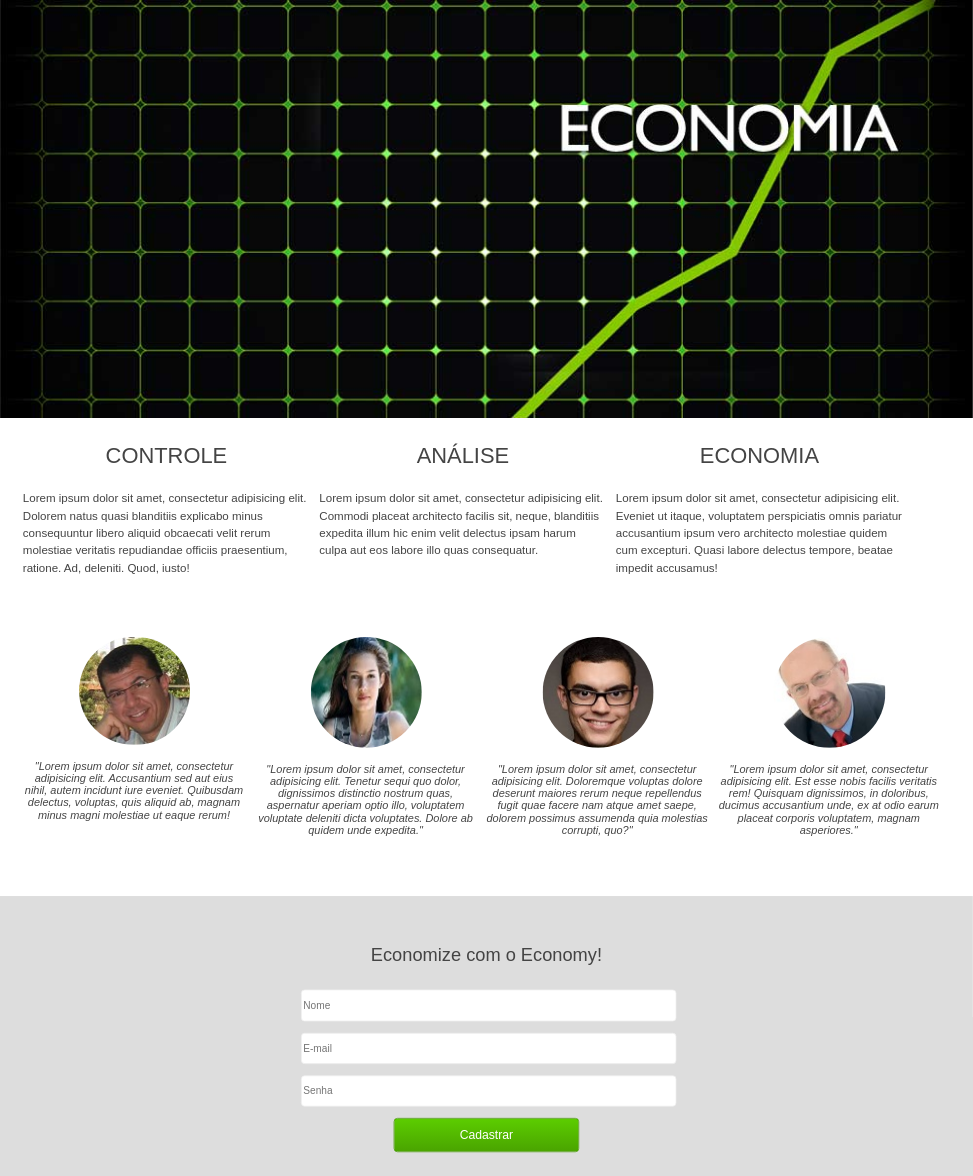
Repository: EconoMyRD/final-homework
Page: Economy/WebContent/index.html
The author's editor kept a copy of each file at every save. The page is drawn from the files as they stood at one save, then again after the next save.
The browser window is 1280 px wide. The pictures show the whole page, at 76% of full size.
Some web libraries are served in a nearby version.

Above is the page before, as saved 2015-06-23 04:13:46.
Console error: TypeError: $(...).live is not a function

### Economy/WebContent/index.html
<!DOCTYPE html>
<html lang="pt">
    <head>
        <meta charset="utf-8">
        <title>EconoMy | Controle Financeiro Pessoal</title>
        <link rel="stylesheet" type="text/css" href="css/Estilos.css">
        <link rel='shortcut icon' href='favicon.ico'>
    </head>
    <body onLoad="slider.slide1()">
       <div id="header"></div>
        <section>
             <div id="slider">
                <a id="aId"><img id="id"></a>
             </div>
        </section>
        <section class="content clear">
            <div id="descricao">
                <div class="coluna_terco">
                    <div class="center_div">
                        <h1>CONTROLE</h1>
                    </div>
                    <div>
                        <h2>
                           Lorem ipsum dolor sit amet, consectetur adipisicing elit. Dolorem natus quasi blanditiis explicabo minus consequuntur libero aliquid obcaecati velit rerum molestiae veritatis repudiandae officiis praesentium, ratione. Ad, deleniti. Quod, iusto!
                        </h2>
                    </div>
                </div>
                <div class="coluna_terco">
                    <div class="center_div">
                        <h1>ANÁLISE</h1>
                    </div>
                    <div>
                        <h2>
                           Lorem ipsum dolor sit amet, consectetur adipisicing elit. Commodi placeat architecto facilis sit, neque, blanditiis expedita illum hic enim velit delectus ipsam harum culpa aut eos labore illo quas consequatur.
                        </h2>
                    </div>
                </div>
                <div class="coluna_terco">
                   <div class="center_div">
                        <h1>ECONOMIA</h1>
                    </div>
                    <div>
                        <h2>
                            Lorem ipsum dolor sit amet, consectetur adipisicing elit. Eveniet ut itaque, voluptatem perspiciatis omnis pariatur accusantium ipsum vero architecto molestiae quidem cum excepturi. Quasi labore delectus tempore, beatae impedit accusamus!
                        </h2>
                    </div>
                </div>
                <div class="clear"></div>
            </div>
            <div id="depoimento" class="clear">
                <div class="coluna_quarto">
                   <div class="depoimento_image">
                      <img src="imagens/7.jpeg" alt="Depoimentos" class="image">
                   </div>
                   <div class="center">
                       <h3>"Lorem ipsum dolor sit amet, consectetur adipisicing elit. Accusantium sed aut eius nihil, autem incidunt iure eveniet. Quibusdam delectus, voluptas, quis aliquid ab, magnam minus magni molestiae ut eaque rerum!</h3>
                   </div>
                </div>
                <div class="coluna_quarto">
                    <div class="depoimento_image">
                      <img src="imagens/6.jpeg" alt="Depoimentos" class="image">
                   </div>
                    <div class="center">
                       <h3>"Lorem ipsum dolor sit amet, consectetur adipisicing elit. Tenetur sequi quo dolor, dignissimos distinctio nostrum quas, aspernatur aperiam optio illo, voluptatem voluptate deleniti dicta voluptates. Dolore ab quidem unde expedita."</h3>
                   </div>
                </div>
                <div class="coluna_quarto">
                    <div class="depoimento_image">
                      <img src="imagens/5.jpeg" alt="Depoimentos" class="image">
                   </div>
                    <div class="center">
                       <h3>"Lorem ipsum dolor sit amet, consectetur adipisicing elit. Doloremque voluptas dolore deserunt maiores rerum neque repellendus fugit quae facere nam atque amet saepe, dolorem possimus assumenda quia molestias corrupti, quo?"</h3>
                   </div>
                </div>
                <div class="coluna_quarto">
                    <div class="depoimento_image">
                      <img src="imagens/3.jpeg" alt="Depoimentos" class="image">
                   </div>
                    <div class="center">
                       <h3>"Lorem ipsum dolor sit amet, consectetur adipisicing elit. Est esse nobis facilis veritatis rem! Quisquam dignissimos, in doloribus, ducimus accusantium unde, ex at odio earum placeat corporis voluptatem, magnam asperiores."</h3>
                   </div>
                </div>
                <div class="clear"></div>
            </div>
        </section>
        <section id="contato" class="clear">
            <div class="content">
               <div class="form-contato">
                    <form>
                        <h4>Economize com o Economy!</h4>
                        <p id="message"> </p>
                        <input type="text" required name="nome" class="inputText" placeholder="Nome" />
                        <input type="email" required class="inputText" name="email" placeholder="E-mail" />
                        <input type="password" required name="senha" class="inputText" placeholder="Senha" />
                        <input type="submit" id="BtnEnviar" class="botao width-50" value="Cadastrar"/>
                    </form>
                </div>
            </div>
        </section>
       <div id="footer"></div>


       <!-- SCRIPTS -->
       <script type="text/javascript" src="javascript/ajaxInit.js"></script>
       <script type="text/javascript" src="javascript/slider.js"></script>
        <script src="http://code.jquery.com/jquery-1.9.0.js"></script>
     	 <script src="https://ajax.googleapis.com/ajax/libs/jquery/1.8.1/jquery.min.js"></script>
       <script type="text/javascript" src="javascript/login.js"></script>
       <script type="text/javascript" src="javascript/getDadosFormulario.js"></script>

    </body>
</html>

### Economy/WebContent/css/Estilos.css
body
{
  font-family:Arial;
  color:#444444;
  font-size:1em;
  margin:0;
}
/************AUXILIARES********************/
a
{
  text-decoration:none;
  /*color:#242c5e;*/
 color: #F2FAF8;
}
img
{
    width: 100%;
}
.center
{
    text-align: center;
}
.center_div
{
    width: 90%;
    margin: 0 auto;
}
.clear
{
    clear: both;
}
.left
{
    float: left;
}
.right
{
    float: right;
}
.width-50
{
    max-width: 50%;
    margin: 0 25%;
}
/*************PRINCIPAIS**********************/
header
{
  float:left;
  background-color:#9AD6C8;
  width:100%;
  height:auto;
  box-shadow: inset 0 0 40px #56B39D;
}
header img
{
  float:left;
  width:70px;
  margin:0.5em;
}
nav
{
  float:left;
}
nav ul li
{
  display:inline;
  padding:1em;
  color: #fff;
  line-height:3.5em;
}
nav ul li:hover
{
    background: #6AC4AF;
    border-radius: 8px 8px;
}
.content
{
    width: 1220px;
    height: auto;
    margin-left: auto;
    margin-right: auto;
}
#slider
{

}
#descricao
{

}
#depoimento
{
    border-style: none;
    margin-top: 4em;
    margin-bottom: 4em;
}
.depoimento_image
{
    width: 50%;
    border: 1px solid #fff;
    border-radius: 200px;
    margin: 0 auto;
    /*background-image: url(imagens/1.jpg);
    background-size: 120%;*/
}
.image
{
    max-width: 100%;
    margin: 0 auto;
    border: 1px solid #fff;
    border-radius: 400px;
}
.coluna_terco
{
    float: left;
    width: 30.97959183673469%;
    margin-right: 1%;
}
.coluna_terco:last-child
{
    margin-right: 0% !importante;
}
.two-columns
{

}
.coluna_quarto
{
    float: left;
    width: 23.97959183673469%;
    margin-right: 1%;
}
.coluna_quarto:last-child
{
    margin-right: 0% !importante;
}
#contato
{
    background-color: #ddd;
    padding: 1em 0;
}
.form-contato
{
    width: 40%;
    border-radius: 5px;
    margin: auto;
    padding: 1em;
}
footer
{
  float:left;
  background-color:#9AD6C8;
  width:100%;
  height:auto;
  box-shadow: inset 0 0 40px #56B39D;
}
.footer_interno
{
    background-color: #6AC4AF;
}

/************************************************HEADINS********************************************/
h1
{
    text-align: center;
    margin: 1em 0;
    font-weight: normal;
    font-size: 1.8em;
}
h2
{
    font-weight: normal;
    font-size: 0.95em;
    line-height: 1.5em;
}
h3
{
    font-weight: normal;
    font-size: 0.9em;
    font-style: italic;
}
h4
{
    text-align: center;
    font-weight: normal;
    font-size: 1.5em;
}
h5
{
    font-size: 0.7em;
    margin: 0;
    font-weight: normal;
    padding: 1em 0;
}


/*************************************************LOGIN******************************************************/
.menu-secundario
{
    margin-left: 880px;
    margin-top: -65px;
    width: 300px;
    line-height: 3em;
}
.menu-secundario div
{
    display: block;
    color: white;
}
.menu-secundario p
{
    font-size: 0.9em;
}
#logar, #cadastrar, #exit
{
    float: right;
    background: #fff;
    border-radius: 8px 8px;
    color: #6AC4AF;
    -moz-transition: all .615s ease-in-out;
    -webkit-transition: all .615s ease-in-out;
    -o-transition: all .615s ease-in-out;
    -ms-transition: all .615s ease-in-out;
    transition: all .615s ease-in-out;
    margin: 2em;
    padding: 0.5em;
    cursor: pointer;
}
#cadastrar a
{
   color: #6AC4AF;
}
#div-logar
{
    width: 290px;
    display: none;
    position: absolute;
    margin-top: 40px;
    z-index: 1000;
    background-color: #fff;
    padding: 0 1em;
    color: #333;
    border: none;
    border-radius: 5px;
}
input,  select
{
    width: 100%;
    height: 2.8em;
    border: 1px solid #eee;
    margin-top: 0px;
    padding: auto 5px;
    margin-right:5px;
    border-radius:5px;
	-moz-border-radius:5px;
	-webkit-border-radius:5px;
	margin-bottom:15px;
}
input:first-child
{
   /*margin-top: 2em;*/
}
.inputComentario
{
    height: 70px;
}
input[type=date], select
{
    width: 25%;
}
 .field
{
    width: 100%;
}
/* #formRelatorio
{
    width: 50%;
} */
.botao
{
	background:#5CCD00;
	background:-moz-linear-gradient(top,#5CCD00 0%,#4AA400 100%);
	background:-webkit-gradient(linear,left top,left bottom,color-stop(0%,#5CCD00),color-stop(100%,#4AA400));
	background:-webkit-linear-gradient(top,#5CCD00 0%,#4AA400 100%);
	background:-o-linear-gradient(top,#5CCD00 0%,#4AA400 100%);
	background:-ms-linear-gradient(top,#5CCD00 0%,#4AA400 100%);
	background:linear-gradient(top,#5CCD00 0%,#4AA400 100%);
	filter: progid: DXImageTransform.Microsoft.gradient( startColorstr='#5CCD00', endColorstr='#4AA400',GradientType=0);
	padding:10px 15px;
	width:100%;
	color:#fff;
	font-size:16px;
	border-radius:5px;
	-moz-border-radius:5px;
	-webkit-border-radius:5px;
	border:1px solid #459A00;
	cursor:pointer;
}
.botaoRelatorio
{
	background:#5CCD00;
	background:-moz-linear-gradient(top,#5CCD00 0%,#4AA400 100%);
	background:-webkit-gradient(linear,left top,left bottom,color-stop(0%,#5CCD00),color-stop(100%,#4AA400));
	background:-webkit-linear-gradient(top,#5CCD00 0%,#4AA400 100%);
	background:-o-linear-gradient(top,#5CCD00 0%,#4AA400 100%);
	background:-ms-linear-gradient(top,#5CCD00 0%,#4AA400 100%);
	background:linear-gradient(top,#5CCD00 0%,#4AA400 100%);
	filter: progid: DXImageTransform.Microsoft.gradient( startColorstr='#5CCD00', endColorstr='#4AA400',GradientType=0);
	padding:10px 15px;
	width:20%;
	color:#fff;
	font-size:16px;
	border-radius:5px;
	-moz-border-radius:5px;
	-webkit-border-radius:5px;
	border:1px solid #459A00;
	cursor:pointer;
    margin: 0 auto;
}
/*********************************************INTERNAS****************************************************/
#chart_div
{
    display: inline-block;
    width: 600px;
    margin-left: 250px;
}
#total
{

	font-size: 25px;
	display: inline-block;
}
.coluna-meio
{
    float: left;
    width: 48%;
    margin-right: 2%;
    margin-top: 1em;
    margin-bottom: 1em;
}
.coluna-meio:last-child
{
    margin-right: 0;
}
fieldset
{
    border: 1px solid #eee;
    -moz-border-radius:5px;
	-webkit-border-radius:5px;
    border-radius:5px;
    padding: 1em;
}
.radioBtn
{
    margin: 0;
    width: 100%;
    float: left;
}


/************************************************************RESPONSIVE*****************************************************************/
@media screen and (max-width: 980px)
{
    /*header img
    {
      display: none;
      margin:0;
      width: 0;
    }
	nav ul li
    {
      padding:0 0.3em;
    }
    nav ul li:first-child
    {
      padding: 0;
    }*/
    .content
    {
        width: 100%;
    }
    .coluna_terco, .coluna_quarto
    {
        width: 100%;
        margin-right: 0;
        clear: both;
        display: block;
    }
/*     .depoimento_image
    {
        width: 30%;
    } */
    .form-contato
    {
        width: 90%;
    }
    .menu-secundario
    {
        margin-left: 0;
        width: 50%;
    }
    .coluna-meio
    {
        clear: both;
        width: 100%;
        margin-right: 0;
    }
    p, h2, h3
    {
        padding: 0 0.5em;
    }
}
@media screen and (min-width: 768px) and (max-width: 980px)
{
   .depoimento_image
    {
        width: 20%;
    }
}

### Economy/WebContent/javascript/ajaxInit.js
var xmlhttp;

 function ajaxInit(){
    try {
        xmlhttp = new XMLHttpRequest();
    } catch (ee) {
        try {
           AjaxInit.xmlhttp = new ActiveXObject("Msxml2.XMLHTTP");
        } catch (e) {
            try {
                xmlhttp = new ActiveXObject("Microsoft.XMLHTTP");
                } catch (E) {
                   xmlhttp = false;
                }
            }
        }

        return xmlhttp;
 }

### Economy/WebContent/javascript/slider.js
var slider = {

        slide1: function(){
            document.getElementById('id').src="imagens/slide/1.jpg";
            setTimeout("slider.slide2()", 6000);
        },


        slide2: function(){
            document.getElementById('id').src="imagens/slide/3.jpeg";
            setTimeout("slider.slide1()", 6000);
        }

};

### Economy/WebContent/javascript/login.js
$("iframe").hide();

/*Login Menu*/
$("#logar").live('click', function ()
{
    $("#div-logar").hide();
    $("#div-logar").fadeIn('slow');
});


/*Carregar Menu para outras páginas*/

$(document).ready(function()
{
    $("#header").load("html/header.html");
    $("#footer").load("html/footer.html");
    $("#footerGerencial").load("footer.html");
    $("#lancamentos").load("lancamento.html");
    $("#headerGerencial").load("headerGerencial.html");
});


/*Carregar páginas com o clique*/
$(document).ready(function()
{
    $('.menu-interno').click(function()
    {
        $("#conteudo").load($(this).attr('href'));
        $("#conteudoInicial").hide();
        return false;
    });
});

### Economy/WebContent/javascript/getDadosFormulario.js


var GetDadosFormulario =
{
		init: function()
		{
			GetDadosFormulario.setForm();
		},

		setForm: function()
		{
			var form = document.querySelector('form');
			form.addEventListener('submit', function(event)
			{
				var cliente = GetDadosFormulario.getDados(form);
				GetDadosFormulario.saveDados(cliente, form);

				event.preventDefault();
			});
		},


		showMessage: function() {
			var message = document.getElementById("message");
			message.innerHTML = 'Este email já foi utilizado em outra conta!';
		},


		sendEmail: function(form) {
			var	cliente =
			{
				nome: form.nome.value,
				email: form.email.value,
				senha: form.senha.value
			};
			var ajax = ajaxInit();
			var  url = 'http://www.economy.zz.mu/servletEmail?name=' + cliente.nome +
				'&email=' + cliente.email + '&password=' + cliente.senha;
			ajax.open('GET', url, true);
			ajax.send();

		},


		getDados: function(form)
		{
			var
				cliente =
				{
					nome: form.nome.value,
					email: form.email.value,
					senha: form.senha.value
				};

			return cliente;

		},

		saveDados: function(cliente,form)
		{
			var ajax = ajaxInit(),
				url = 'http://www.economy.zz.mu/servletCliente?nome=' + cliente.nome +
					'&email=' + cliente.email +'&senha=' + cliente.senha;
			ajax.open('GET',url, true);
			ajax.send();
			ajax.onreadystatechange= function() {
				if(ajax.readyState == 4 && ajax.status == 200){
					var confirm = ajax.responseText;
					if(confirm == '1'){
						GetDadosFormulario.sendEmail(form);
					}
					else{
						GetDadosFormulario.showMessage();
					}
				}

			};
		}
};


GetDadosFormulario.init();

After the next save:
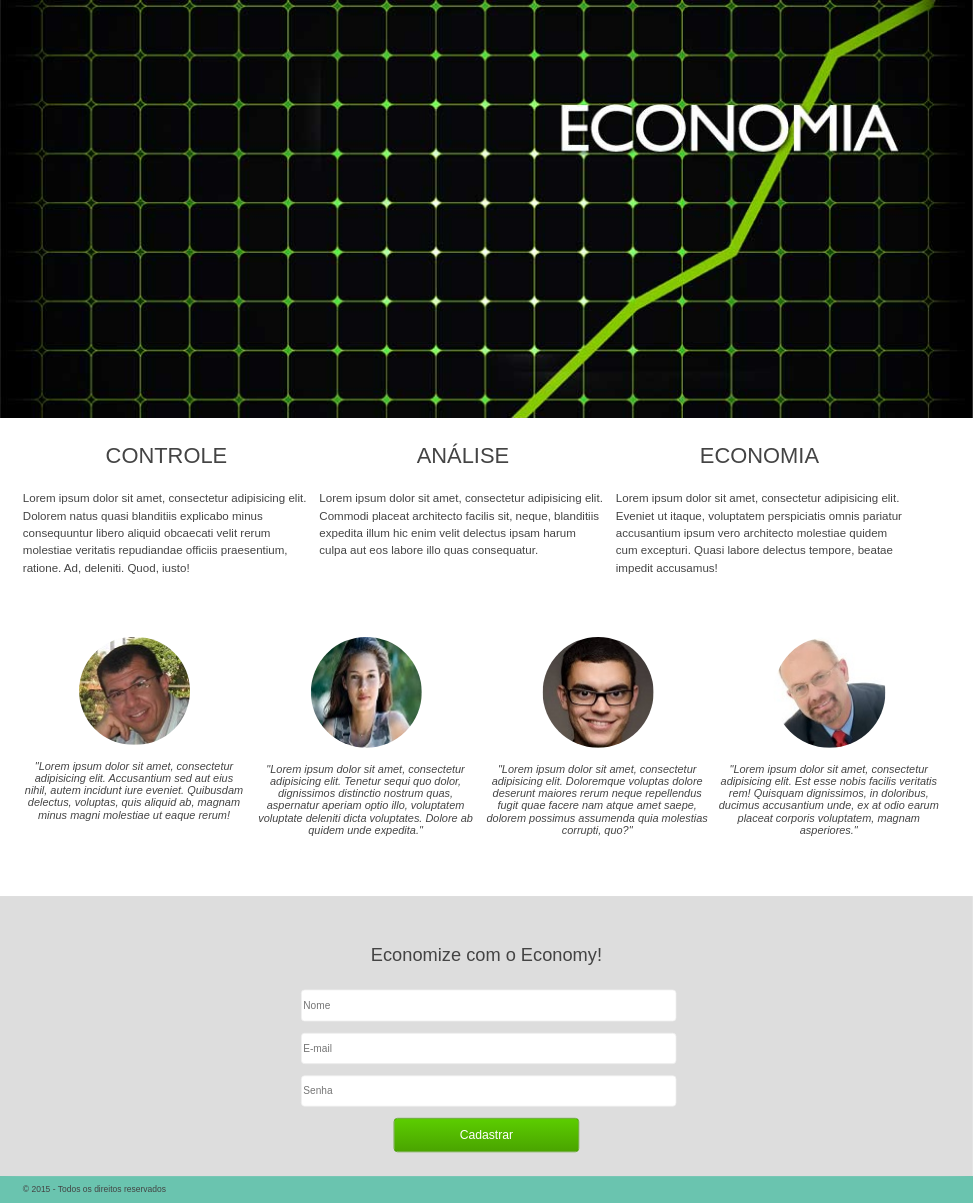
Saved 2 min 1 s later.
--- a/Economy/WebContent/index.html
+++ b/Economy/WebContent/index.html
@@ -97,7 +97,17 @@
                 </div>
             </div>
         </section>
-       <div id="footer"></div>
+       <!-- <div id="footer"></div>  -->
+       <footer class="clear">
+              <div class="content">
+
+              </div>
+            <div class="footer_interno">
+                <div class="content">
+                   <h5>© 2015 - Todos os direitos reservados</h5>
+                </div>
+            </div>
+        </footer>
 
 
        <!-- SCRIPTS -->
